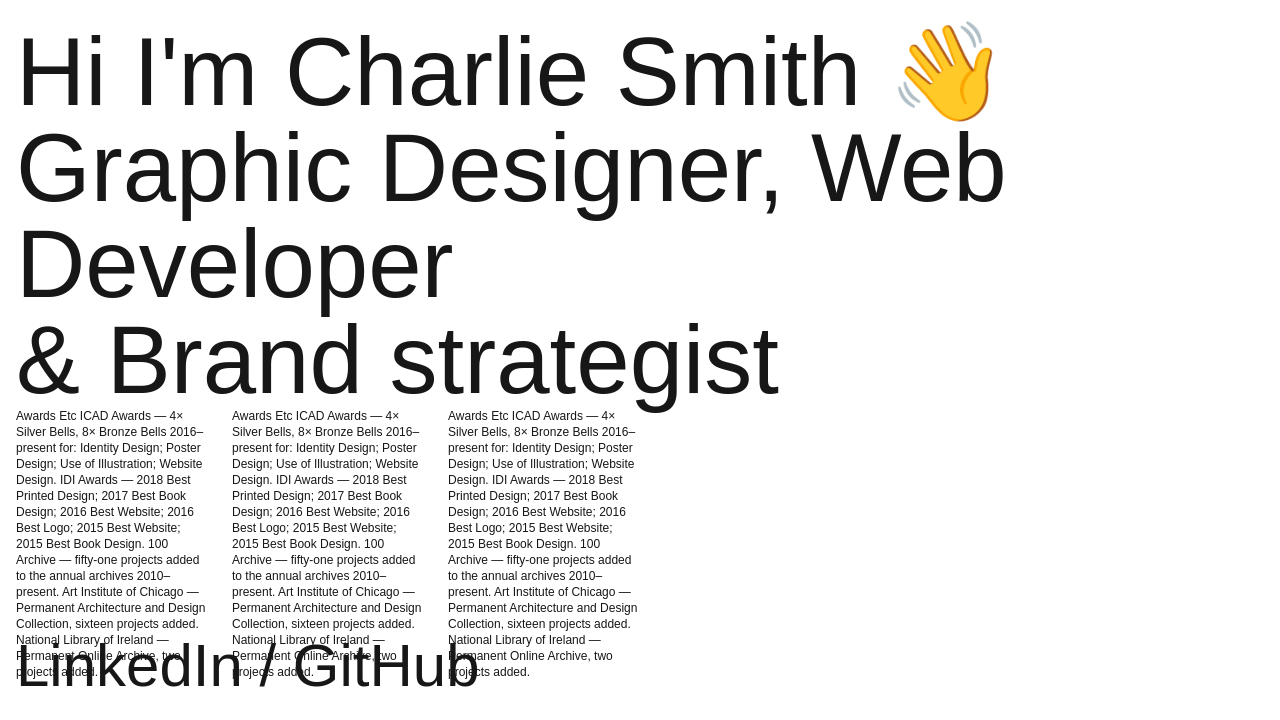
Repository: charlehs/portfolio
Page: /
An editor plug-in stored every save of this project. The page is shown before and after the next save, followed by the edit.
The browser window is 1280 px wide. The pictures show the whole page.
The project was rebuilt for these pictures with package versions that can differ from the ones it lists, and the page was loaded fresh each time. The framework's server and built-in components were replaced by stand-ins that run in the browser. Also part of the build but not shown: next.config.ts.

Above is the page before, as saved 2025-01-02 18:26:26.

After the next save:
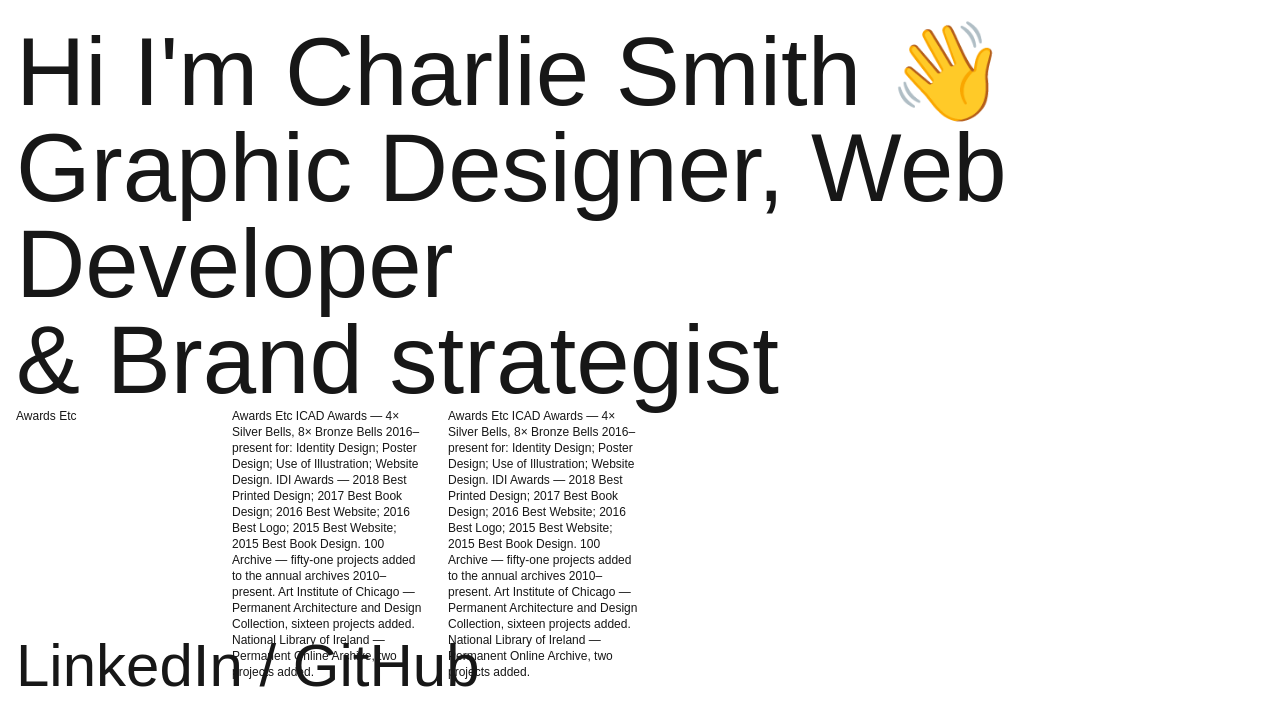
Saved 39 s later.
--- a/app/page.tsx
+++ b/app/page.tsx
@@ -16,15 +16,7 @@ export default function Home() {
         </div>
         <div className="grid grid-cols-3  text-xs max-w-[50%] gap-6">
           <p>
-            Awards Etc ICAD Awards — 4× Silver Bells, 8× Bronze Bells
-            2016–present for: Identity Design; Poster Design; Use of
-            Illustration; Website Design. IDI Awards — 2018 Best Printed Design;
-            2017 Best Book Design; 2016 Best Website; 2016 Best Logo; 2015 Best
-            Website; 2015 Best Book Design. 100 Archive — fifty-one projects
-            added to the annual archives 2010–present. Art Institute of Chicago
-            — Permanent Architecture and Design Collection, sixteen projects
-            added. National Library of Ireland — Permanent Online Archive, two
-            projects added.
+            Awards Etc <br />
           </p>
           <p>
             Awards Etc ICAD Awards — 4× Silver Bells, 8× Bronze Bells
